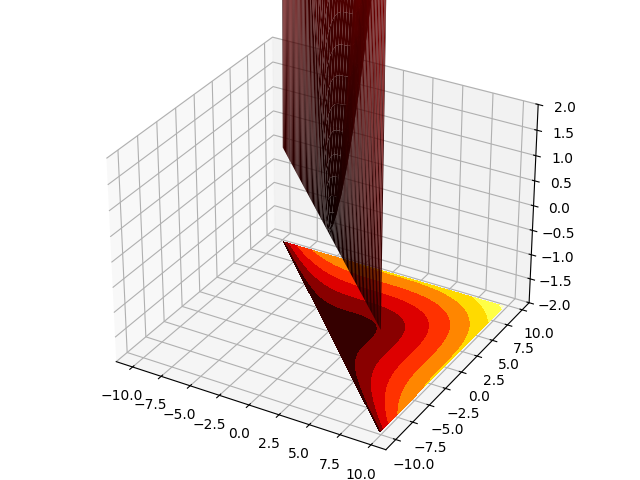
Repository: Jaamunozr/Archivos-python
Script's output: python Archivos Python/Graficas/3d.py
These files come from the project's save history. The script's output is drawn as it stood at one moment and after the next save; the edit follows.
Random numbers start from a fixed seed.

Above is the script's output before, as saved 2020-02-18 21:37:22.

After the next save:
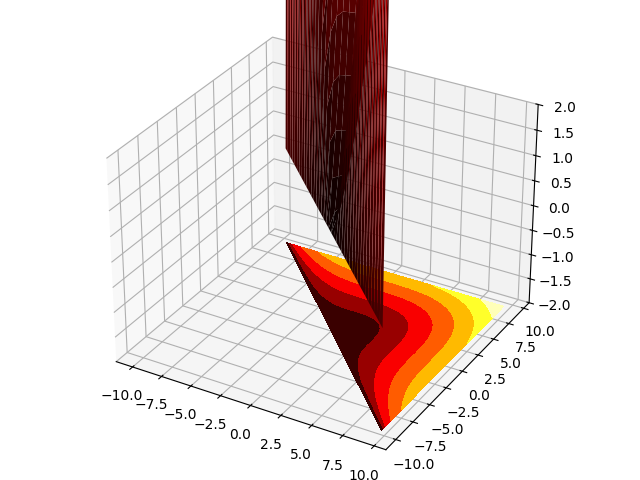
Saved 23 s later.
--- a/Archivos Python/Graficas/3d.py
+++ b/Archivos Python/Graficas/3d.py
@@ -4,8 +4,8 @@ from mpl_toolkits.mplot3d import Axes3D
 
 fig = pl.figure()
 ax = Axes3D(fig)
-X = np.arange(-10, 10, 0.25)
-Y = np.arange(-10, 10, 0.25)
+X = np.arange(-10, 10, 0.5)
+Y = np.arange(-10, 10, 0.5)
 X, Y = np.meshgrid(X, Y)
 Z = np.sqrt(X ** 3 + Y ** 3)
 
